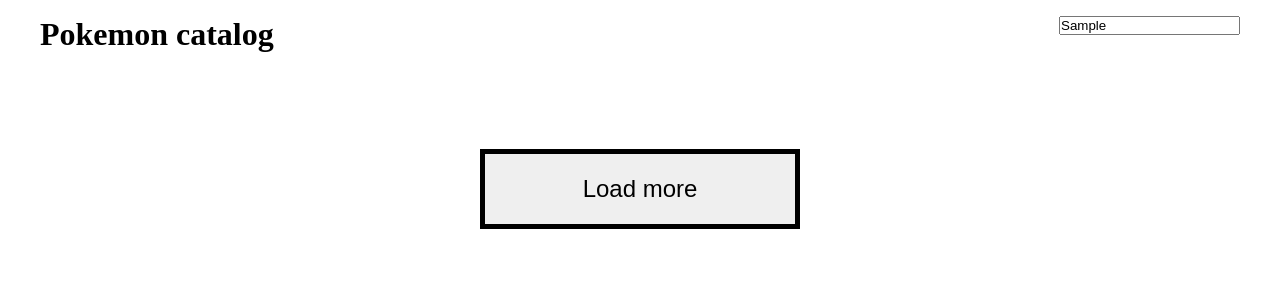
Repository: Ryszard-Penkala/pokemon-API
Page: index.html
These files come from the project's save history. The page is drawn as it stood at one moment and after the next save; the edit follows.
The browser window is 1280 px wide. The pictures show the whole page.
Empty fields were first filled with sample values (such as "Sample", 5 or name@example.com).
After loading, the first visible `button.footer-main__load-button` was clicked once.
The page's requests for data from a server got no answer.

Above is the page before, as saved 2020-06-28 09:47:09.

### index.html
<!DOCTYPE html>
<html lang="en">
<head>
    <meta charset="UTF-8">
    <meta name="viewport" content="width=device-width, initial-scale=1.0">
    <link href="https://fonts.googleapis.com/css2?family=Lato:wght@400;700&amp;display=swap" rel="stylesheet">
    <link rel="stylesheet" href="assets/styles/styles.css">
    <title>Pokemon API</title>
</head>
<body>
    <main class="pokemon-app">
        <header class="header-main pokemon-app__header">
            <div class="header-main__catalog">
                <h1 class="header-main__heading">Pokemon catalog</h1>
            </div>
            <div class="header-main__search-bar">
                <input class="header-main__searching header-main__searching--active" type="text">
            </div>
        </header>
        <section class="section-main pokemon-app__section" data-content>

        </section>
        <footer class="footer-main pokemon-app__footer">
            <div class="footer-main__load-bar">
                <button class="footer-main__load-button" data-load-button>Load more</button>
                <div class="footer-main__loader hidden" data-loader><div></div><div></div><div></div></div>
            </div>

        </footer>
    </main>


    <script src="assets/js/script.js"></script>
    <script>
        const Catalog = new pokemonAPICatalog();
        Catalog.init();
    </script>
</body>
</html>

### assets/styles/styles.css
*, *::before, *::after{
    margin: 0;
    padding: 0;
    box-sizing: border-box;
}
.body{
    display: flex;
    font-family: "Lato", sans-serif;
}

.pokemon-app{
    max-width: 1200px;
    margin: 0 auto;
}

.header-main{
    display: flex;
    justify-content: space-between;
    padding: 1rem 0;
}

.header-mian__catalog{
    display: inline-block;
}

.header-main__search-bar{
    display: inline-block;
}

.section-main{
    display: grid;
    grid-gap: 25px;
    grid-template-columns: repeat(auto-fit, minmax(250px, 1fr));
}
.section-main__card{
    width: 250px;
}
.card__header{
    display: flex;
    justify-content: space-between;
    line-height: 24px;
}

.card__name{
    font-size: 24px;
}

.card__image{
    width: 250px;
}

.card--bold{
    font-weight: 700;
}

.footer-main__load-button{
  display: block;
  margin: 5rem auto;
  height: 5rem;
  width: 20rem;
  font-size: 24px;
  border: 5px solid;
  cursor: pointer;
}

.footer-main__load-button:hover{
  color: white;
  background-color: black;
  border: 5px solid black;
}

.footer-main__loader {
    display: block;
    position: relative;
    width: 80px;
    height: 5rem;
    margin: 5rem auto;
  }
  .footer-main__loader div {
    display: inline-block;
    position: absolute;
    left: 8px;
    width: 16px;
    background: blue;
    animation: footer-main__loader 1.2s cubic-bezier(0, 0.5, 0.5, 1) infinite;
  }
  .footer-main__loader div:nth-child(1) {
    left: 8px;
    animation-delay: -0.24s;
  }
  .footer-main__loader div:nth-child(2) {
    left: 32px;
    animation-delay: -0.12s;
  }
  .footer-main__loader div:nth-child(3) {
    left: 56px;
    animation-delay: 0;
  }
  @keyframes footer-main__loader {
    0% {
      top: 8px;
      height: 5rem;
    }
    50%, 100% {
      top: 24px;
      height: 3rem;
    }
  }

.hidden{
    display: none;
    background-color: green;
  }

### assets/js/script.js
class pokemonAPICatalog {
    constructor() {
        this.catalog = null;
        this.cards = [];
        this.page = 1;

        this.API = "https://api.pokemontcg.io";
        this.API_VERSION= "v1";
        this.API_RESOURCE = "cards?pageSize=4&page=2";
        this.API_PAGE_SIZE = "pageSize=4"
        this.API_PAGE = "page="

        this.API_ENDPOINT = `${this.API}/${this.API_VERSION}/${this.API_RESOURCE}?${this.API_PAGE_SIZE}&${this.API_PAGE}${this.page}`;

        this.UiSelectors = {
            content : `[data-content]`,
            loadButton : `[data-load-button]`,
            loader : `[data-loader]`
        }
    }
    init(){
        this.catalog = document.querySelector(this.UiSelectors.content);
        this.loadButton = document.querySelector(this.UiSelectors.loadButton);
        this.loader = document.querySelector(this.UiSelectors.loader);
        this.pullCards(this.API_ENDPOINT);
        this.loadButton.addEventListener("click",()=>{
            this.loadButton.classList.toggle('hidden');
            this.loader.classList.toggle('hidden');
            this.updateAPI_ENDPOINT();
            this.pullCards(this.API_ENDPOINT);
            this.loadButton.classList.toggle('hidden');
            this.loader.classList.toggle('hidden');
        })

    }

    updateAPI_ENDPOINT(){
        this.page += 1;
        this.API_ENDPOINT = `${this.API}/${this.API_VERSION}/${this.API_RESOURCE}?${this.API_PAGE_SIZE}&${this.API_PAGE}${this.page}`;
    }

    async pullCards(url){
        const { cards } = await this.fetchData(url)
        this.cards = [...cards];
        this.addCards(this.cards);
    }


    async fetchData(url){
        const response = await fetch(url);
        const parsedResponse = await response.json();

        return parsedResponse;
    }

    addCards(cards){
        this.cards.map(card => {
            this.catalog.insertAdjacentHTML("beforeend", this.drawCard(card))
        });
    }

    drawCard(card){
        return(
            `<span class="section-main__card">
                <header class="card__header">
                    <span class="card__name card--bold">${card.name}</span>
                    <span class="card__id">Nr: ${card.number}</span>
                </header>
                <img src=${card.imageUrl} class="card__image">
                <footer class="card_footer">
                    <div class="card__supertype">
                        <span class="card__supertype card--bold">Supertype : </span>
                        ${card.supertype}
                    </div>
                    <div class="card__subtype">
                        <span class="card__subtype card--bold">Subtype : </span>
                        ${card.subtype}
                    </div>
                    <div class="card__rarity">
                        <span class="card__rarity card--bold">Rarity : </span>
                        ${card.rarity}
                    </div>
                </footer>
            </span>`
        )
    }
}

After the next save:
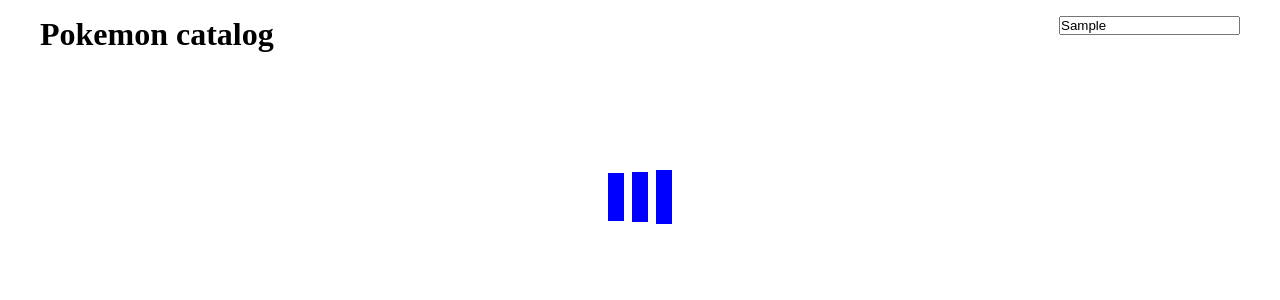
Saved 46 s later.
--- a/assets/js/script.js
+++ b/assets/js/script.js
@@ -28,8 +28,7 @@
             this.loader.classList.toggle('hidden');
             this.updateAPI_ENDPOINT();
             this.pullCards(this.API_ENDPOINT);
-            this.loadButton.classList.toggle('hidden');
-            this.loader.classList.toggle('hidden');
+
         })
 
     }
@@ -43,6 +42,8 @@
         const { cards } = await this.fetchData(url)
         this.cards = [...cards];
         this.addCards(this.cards);
+        this.loadButton.classList.toggle('hidden');
+        this.loader.classList.toggle('hidden');
     }
 
 

After the 2 saves that followed:
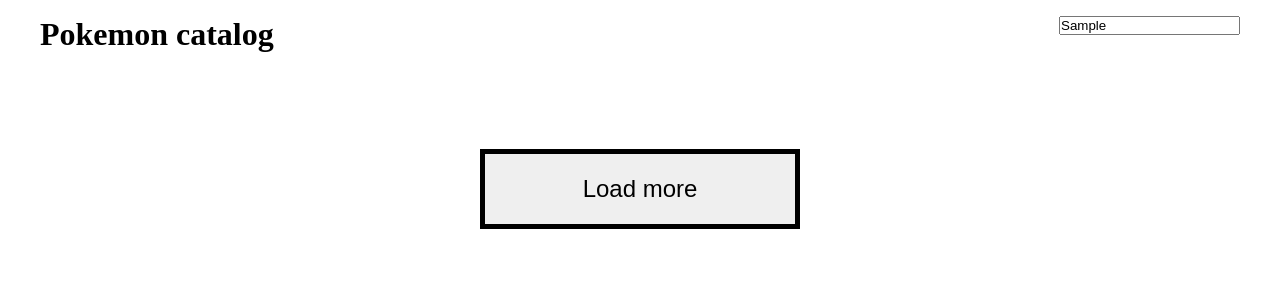
The 2 saves are shown as one change because 1 left the picture as it was.
The last was saved 92 s later.
--- a/assets/js/script.js
+++ b/assets/js/script.js
@@ -28,7 +28,8 @@
             this.loader.classList.toggle('hidden');
             this.updateAPI_ENDPOINT();
             this.pullCards(this.API_ENDPOINT);
-
+            this.loadButton.classList.toggle('hidden');
+            this.loader.classList.toggle('hidden');
         })
 
     }
@@ -42,8 +43,6 @@
         const { cards } = await this.fetchData(url)
         this.cards = [...cards];
         this.addCards(this.cards);
-        this.loadButton.classList.toggle('hidden');
-        this.loader.classList.toggle('hidden');
     }
 
 
